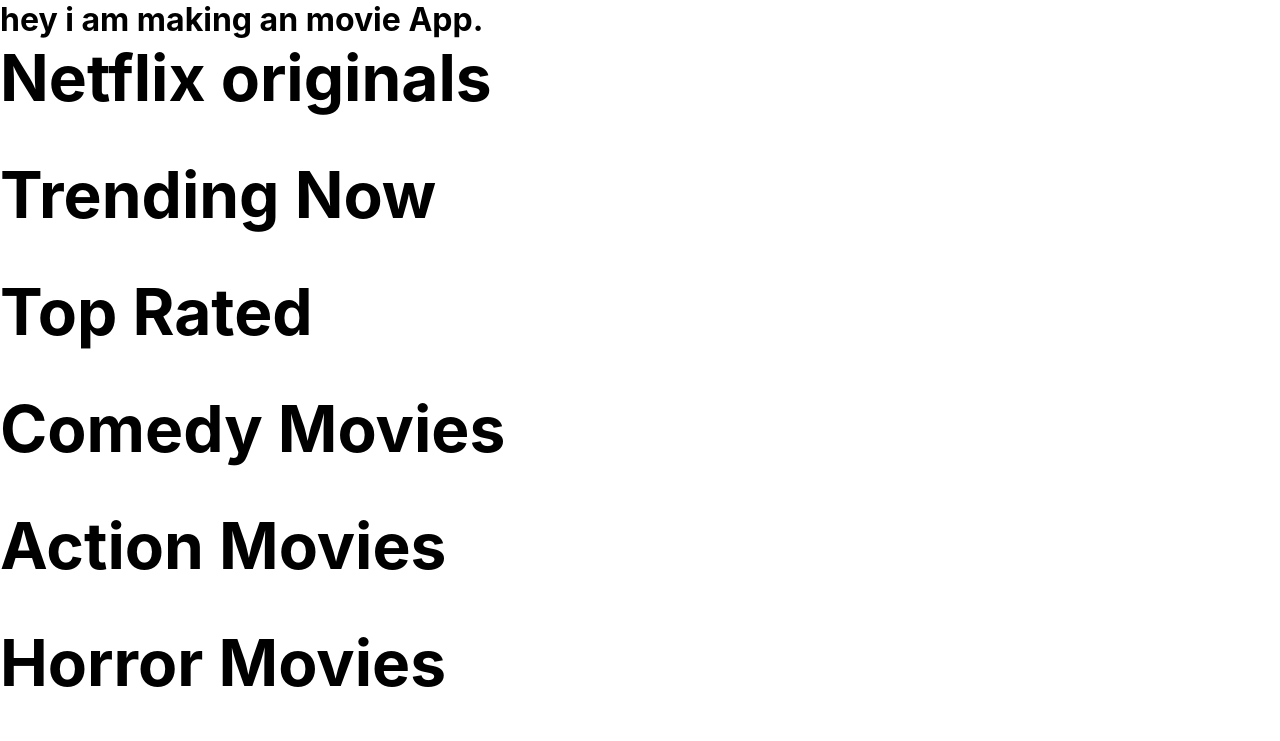
Repository: ramtoppo12/movieApp
Page: /
An editor plug-in stored every save of this project. The page is shown before and after the next save, followed by the edit.
The browser window is 1280 px wide. The pictures show the whole page.
The page's requests for data from a server got no answer. The project was rebuilt for these pictures with package versions that can differ from the ones it lists, and the page was loaded fresh each time. No one was signed in, and anything a server would have sent is missing. Also part of the build but not shown: src/App.css.

Above is the page before, as saved 2020-11-09 21:16:36.

### src/App.js
import './App.css';
import React from "react";
import Row from "./Row";
import requests from "./request";

function App() {
  return (
    <div className="App">
      <h1>
        hey i am making an movie App.
        <Row title="Netflix originals" fetchUrl={requests.fetchNetfixOriginals}/>
        <Row title="Trending Now" fetchUrl={requests.fetchTrendingNow}/>
        <Row title="Top Rated" fetchUrl={requests.fetchTopRated}/>
        <Row title="Comedy Movies" fetchUrl={requests.fetchComedyMovies}/>
        <Row title="Action Movies" fetchUrl={requests.fetchActionMovies}/>
        <Row title="Horror Movies" fetchUrl={requests.fetchHorrorMovies}/>


      </h1>
    </div>
  );
}

export default App;

### src/Row.js
import React, { useState,useEffect } from 'react';
import axios from "./axios";
import "./row.css";
const base_url = "https://image.tmdb.org/t/p/original/";


export default function Row({title,fetchUrl}) {
    const [movies,setMovies]=useState([]);
    useEffect(()=>{
        //if we leave the bracket Run once
        async function fetchData(){
            const request = await axios.get(fetchUrl);
            console.log(request);
            setMovies(request.data.results);
            return request;
        }
        fetchData();
    },[fetchUrl])

    console.log(movies)
    return (
        <div className="row">
            <h1>{title}</h1>
            <div className="row__posters">
            {movies.map(movie =>(
                <img key={movie.id}className="row__poster" src={`${base_url}${movie.poster_path}`}/>
            ))}
            </div>
        </div>
    )
}

### src/request.js
const API_KEY ="4d985b549a4462ab7e93d987c24153c7";

const requests ={
    fetchTrendingNow:`/trending/all/week?api_key=${API_KEY}&language=en-US`,
fetchTopRated:`/movie/top_rated?api_key=${API_KEY}&language=en-US`,
fetchNetfixOriginals:`/discover/tv?api_key=${API_KEY}&with_network=213`,
fetchComedyMovies:`/discover/movie?api_key=${API_KEY}&with_genres=35`,
fetchHorrorMovies:`/discover/movie?api_key=${API_KEY}&with_genres=27`,
fetchRomenticMovies:`/discover/movie?api_key=${API_KEY}&with_genres=10749`,
fetchActionMovies:`/discover/movie?api_key=${API_KEY}&with_genres=28`,
fetchDocumentaries:`discover/movie?api_key=${API_KEY}&with_genres=99`,

// https://api.themoviedb.org/3/genre/movie/list
// https://api.themoviedb.org/3/trending/all/week
// https://api.themoviedb.org/3/search/keyword?query=parasite
}


export default requests;

### src/axios.js
import axios from "axios";
const instance = axios.create({
    baseURL:"https://api.themoviedb.org/3",
});

export default instance;

### src/row.css
.row__posters {
  display: flex;
  overflow-y: hidden;
  overflow-x: scroll;
  padding: 20px;
}
.row__posters::-webkit-scrollbar {
  display: none;
}
.row__poster {
  object-fit: contain;
  width: 100%;
  max-height: 150px;
  margin: 0 10px 0 0;
  transition: transform 450ms;
  cursor: pointer;
}
.row__poster:hover {
  transform: scale(1.08);
  opacity: 1;
}

Loaded but not shown: public/index.html (common file); src/index.js (common file); src/index.css (common file); src/reportWebVitals.js (common file)

After the next save:
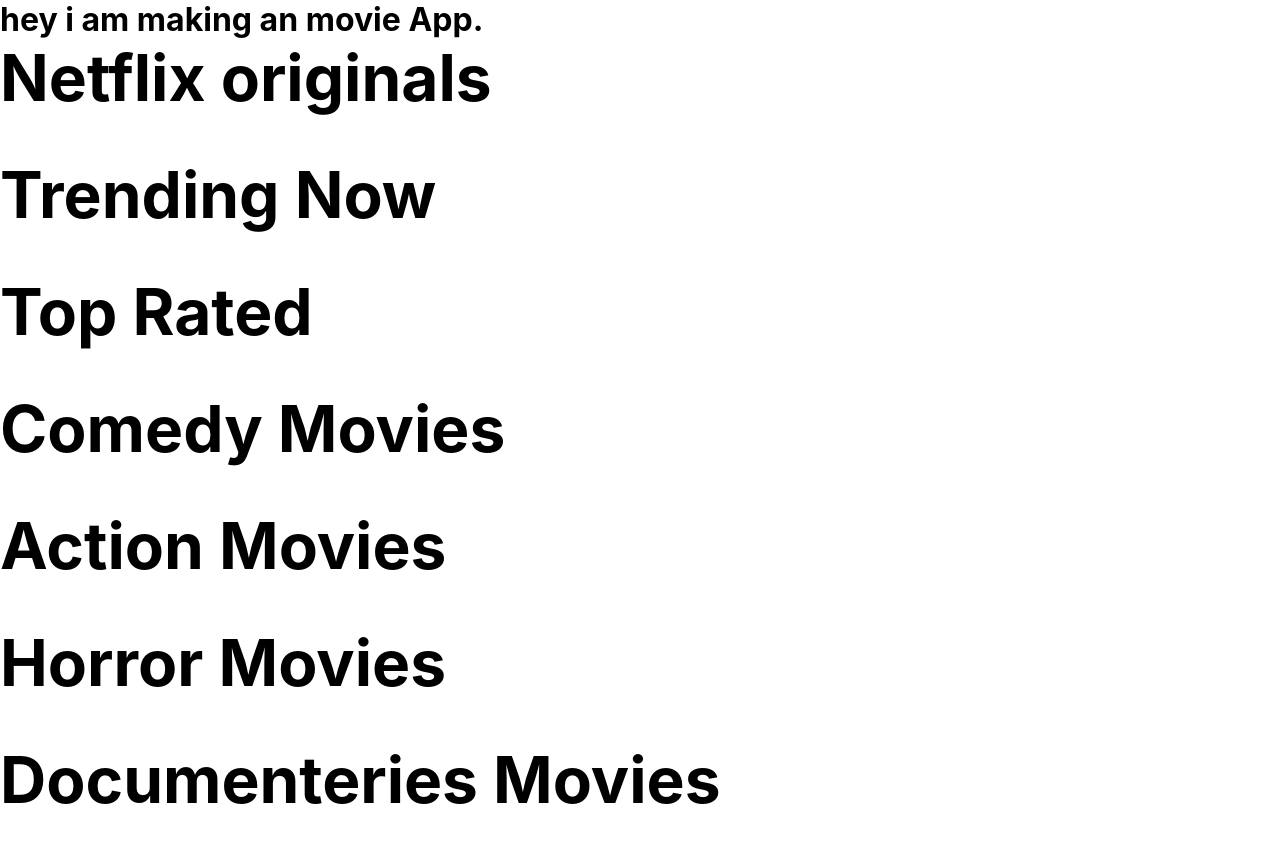
Saved 60 s later.
--- a/src/App.js
+++ b/src/App.js
@@ -14,6 +14,7 @@
         <Row title="Comedy Movies" fetchUrl={requests.fetchComedyMovies}/>
         <Row title="Action Movies" fetchUrl={requests.fetchActionMovies}/>
         <Row title="Horror Movies" fetchUrl={requests.fetchHorrorMovies}/>
+        <Row title="Documenteries Movies" fetchUrl={requests.fetchDocumentaries}/>
 
 
       </h1>
